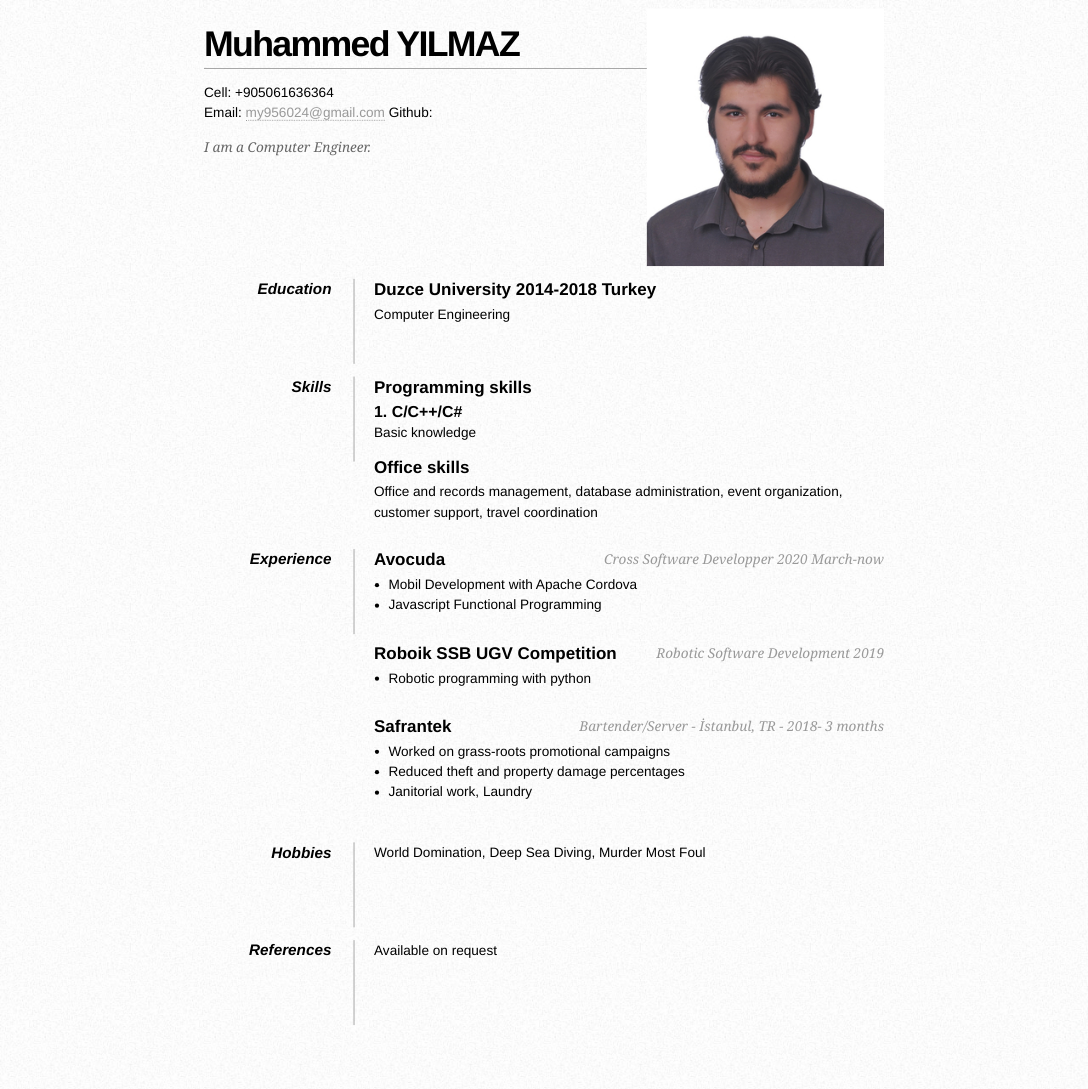
Repository: muhyilmaz/muhyilmaz.github.io
Page: index.html
These files come from the project's save history. The page is drawn as it stood at one moment and after the next save; the edit follows.
The browser window is 1280 px wide. The pictures show the whole page, at 85% of full size.

Above is the page before, as saved 2020-06-07 01:48:50.

### index.html
<!DOCTYPE html PUBLIC "-//W3C//DTD XHTML 1.0 Strict//EN"
"http://www.w3.org/TR/xhtml1/DTD/xhtml1-strict.dtd">

<html xmlns="http://www.w3.org/1999/xhtml" xml:lang="en" lang="en">

<head>
     <meta http-equiv="Content-Type" content="text/html; charset=utf-8"/>

     <title>MUHAMMED YILMAZ</title>

     <style type="text/css">
        * { margin: 0; padding: 0; }
        body { font: 16px Helvetica, Sans-Serif; line-height: 24px; background: url(images/noise.jpg); }
        .clear { clear: both; }
        #page-wrap { width: 800px; margin: 40px auto 60px; }
        #pic { float: right; margin: -30px 0 0 0; }
        h1 { margin: 0 0 16px 0; padding: 0 0 16px 0; font-size: 42px; font-weight: bold; letter-spacing: -2px; border-bottom: 1px solid #999; }
        h2 { font-size: 20px; margin: 0 0 6px 0; position: relative; }
        h2 span { position: absolute; bottom: 0; right: 0; font-style: italic; font-family: Georgia, Serif; font-size: 16px; color: #999; font-weight: normal; }
        p { margin: 0 0 16px 0; }
        a { color: #999; text-decoration: none; border-bottom: 1px dotted #999; }
        a:hover { border-bottom-style: solid; color: black; }
        ul { margin: 0 0 32px 17px; }
        #objective { width: 500px; float: left; }
        #objective p { font-family: Georgia, Serif; font-style: italic; color: #666; }
        dt { font-style: italic; font-weight: bold; font-size: 18px; text-align: right; padding: 0 26px 0 0; width: 150px; float: left; height: 100px; border-right: 1px solid #999;  }
        dd { width: 600px; float: right; }
        dd.clear { float: none; margin: 0; height: 15px; }
     </style>
</head>

<body>

    <div id="page-wrap">

        <img src="images/profileres.jpg" alt="Photo of Cthulu" id="pic" />

        <div id="contact-info" class="vcard">

            <!-- Microformats! -->

            <h1 class="fn">Muhammed YILMAZ</h1>

            <p>
                Cell: <span class="tel">+905061636364</span><br />
                Email: <a class="email" href="mailto:my956024@gmail.com">my956024@gmail.com</a>
                Github: <a href="github.com/muhyilmaz"></a>
            </p>
        </div>

        <div id="objective">
            <p>
                I am a Computer Engineer.
            </p>
        </div>

        <div class="clear"></div>

        <dl>
            <dd class="clear"></dd>

            <dt>Education</dt>
            <dd>
                <h2>Duzce University 2014-2018 Turkey</h2>
                <p> Computer Engineering </br>

				</p>
            </dd>

            <dd class="clear"></dd>

            <dt>Skills</dt>
            <dd>
                <!---
				<h2>Office skills</h2>
                <p>Office and records management, database administration, event organization, customer support, travel coordination</p>

                <h2>Computer skills</h2>
                <p>Microsoft productivity software (Word, Excel, etc), Adobe Creative Suite, Windows</p>
				-->
				<h2>Programming skills</h2>
				<h3>1. C/C++/C# </h3>
                <p>Basic knowledge </p>

				<h2>Office skills</h2>
                <p>Office and records management, database administration, event organization, customer support, travel coordination</p>
			</dd>

            <dd class="clear"></dd>

            <dt>Experience</dt>
            <dd>
                <h2>Avocuda <span>Cross Software Developper 2020 March-now</span></h2>
                <ul>
                    <li> Mobil Development with Apache Cordova</li>
					<li> Javascript Functional Programming</li>

                </ul>
                <h2>Roboik SSB UGV Competition <span>Robotic Software Development 2019</span></h2>
                <ul>
                    <li>Robotic programming with python</li>

                </ul>
                <h2>Safrantek <span>Bartender/Server - İstanbul, TR - 2018- 3 months</span></h2>
                <ul>
                    <li>Worked on grass-roots promotional campaigns</li>
                    <li>Reduced theft and property damage percentages</li>
                    <li>Janitorial work, Laundry</li>
                </ul>
            </dd>

            <dd class="clear"></dd>

            <dt>Hobbies</dt>
            <dd>World Domination, Deep Sea Diving, Murder Most Foul</dd>

            <dd class="clear"></dd>

            <dt>References</dt>
            <dd>Available on request</dd>

            <dd class="clear"></dd>
        </dl>

        <div class="clear"></div>

    </div>

</body>

</html>

After the next save:
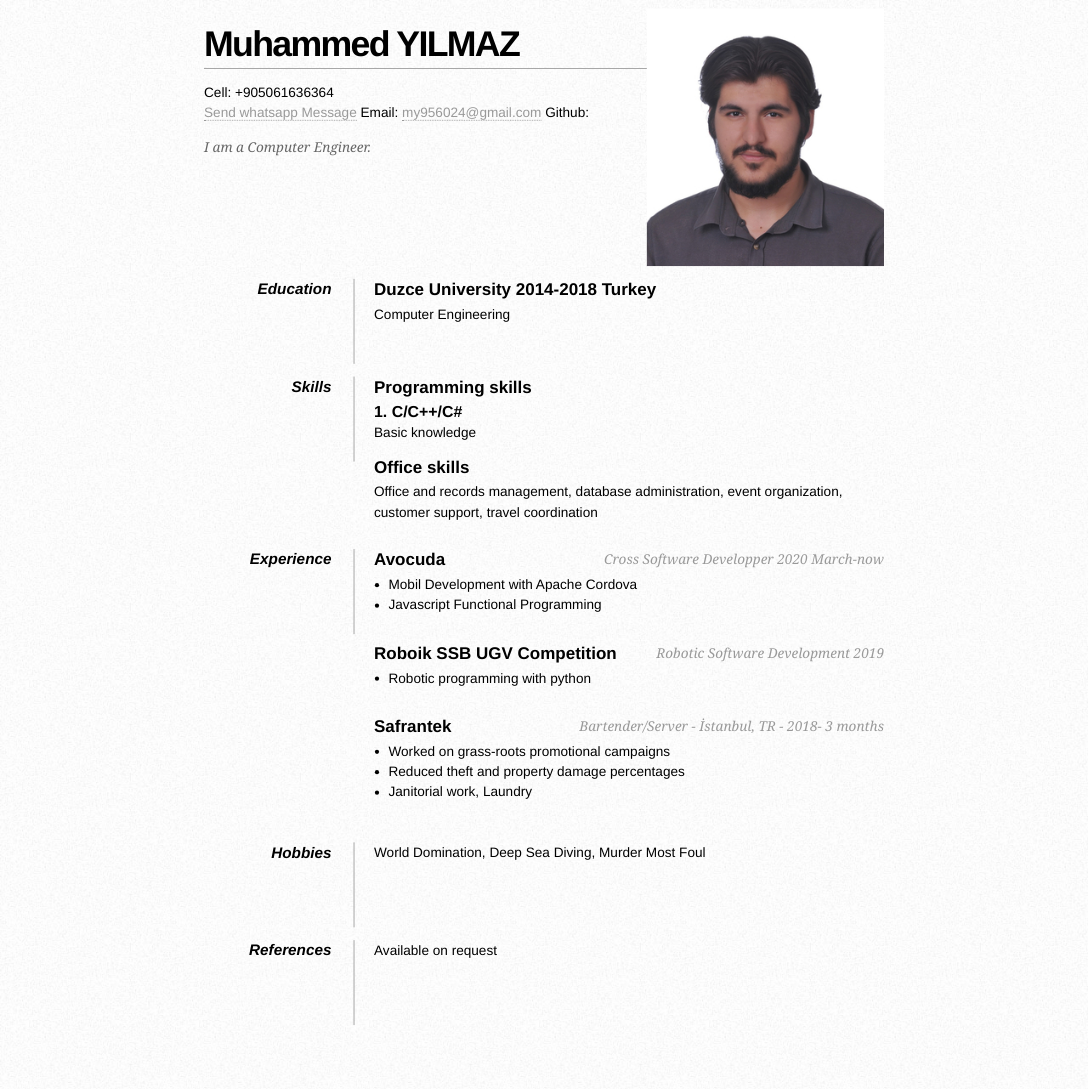
Saved 46 s later.
--- a/index.html
+++ b/index.html
@@ -43,6 +43,7 @@
 
             <p>
                 Cell: <span class="tel">+905061636364</span><br />
+                <a href="whatsapp://send?abid=phonenumber&text=Hello%2C%20World!">Send whatsapp Message</a>
                 Email: <a class="email" href="mailto:my956024@gmail.com">my956024@gmail.com</a>
                 Github: <a href="github.com/muhyilmaz"></a>
             </p>
